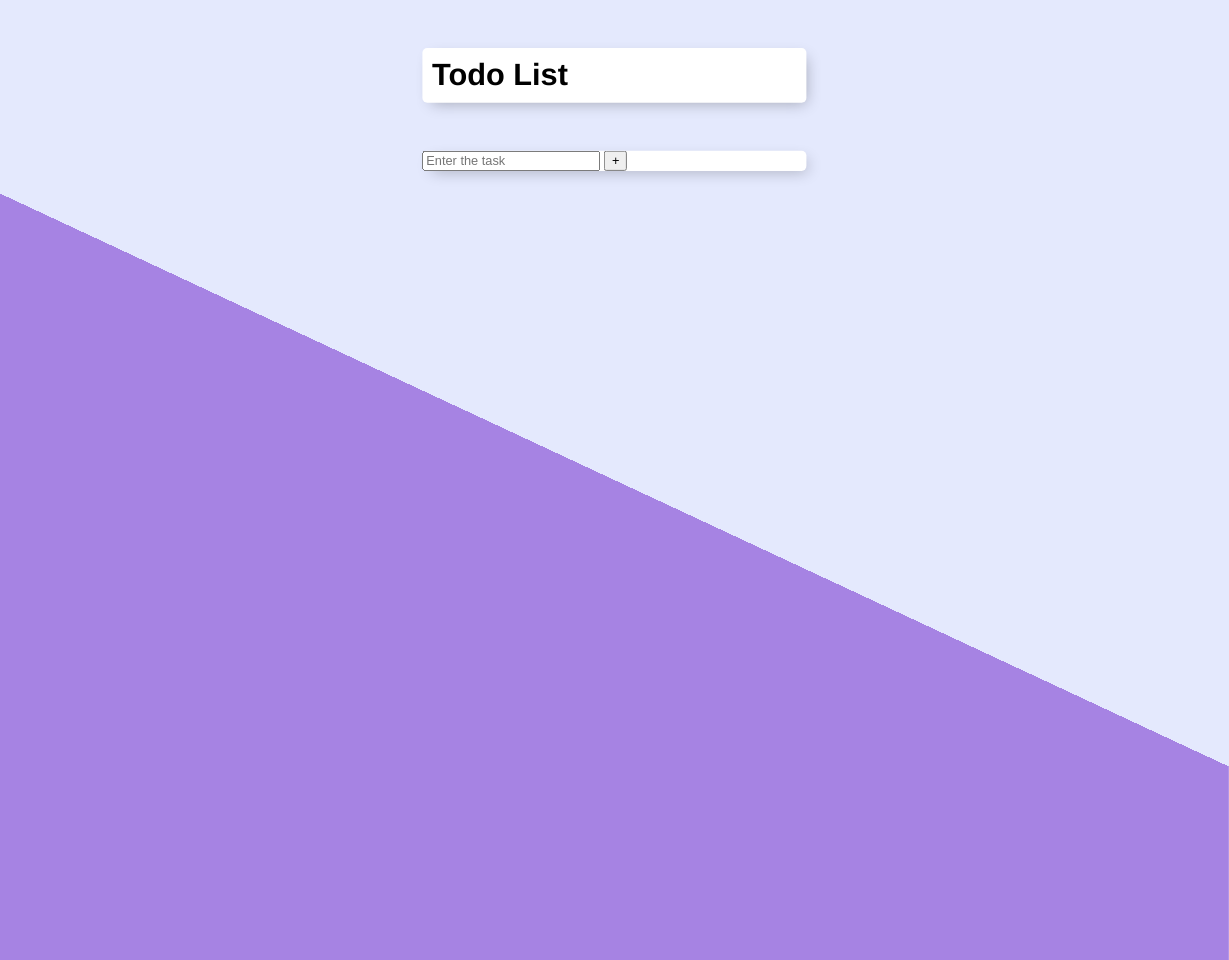
Repository: rupeshkofficial/Todo-List-Ver2
Page: http://localhost/
These files come from the project's save history. The page is drawn as it stood at one moment and after a run of saves; the edit follows.
The browser window is 1280 px wide. The pictures show the whole page, at 96% of full size.
The page is served by the project's Node server (app.js).

Above is the page before, as saved 2023-02-23 16:17:15.

### views/list.ejs
<!DOCTYPE html>
<html>

<head>
    <title> Todo List</title>
    <link rel="stylesheet" href="css/style.css">
</head>

<body>
    <div class="box">
        <h1>Todo List</h1>
    </div>
    <div class="box">

        <% for( var i=0; i < ejes.length; i++){ %>
            <div class="item">
                <input type="checkbox">
                <p>
                    <%= ejes[i] %>
                </p>
            </div>


            <% } %>

                <form action="/" , method="POST">
                    <input type="text" name="ele1" placeholder="Enter the task">
                    <button type="submit">+</button>

                </form>
    </div>
</body>

</html>

### app.js
const express = require("express");
const bodyParser = require("body-parser");

var app = express();
app.set("view engine", "ejs");
app.use(express.static('public'));
app.use(express.urlencoded({ extended: true }));
var items = [];

var example = "working";
app.get("/", function (req, res) {
    res.render("list", { ejes: items });
});

app.post("/", function (req, res) {
    var item  = req.body.ele1;
    items.push(item);
    res.redirect("/");

    // console.log(req.body.ele1);
});

app.listen(8000, function () {
    console.log("Server started");
});

### public/css/style.css
html{
    background-color: #E4E9FD;
    background-image: -webkit-linear-gradient(65deg, #A683E3 50%, #E4E9FD 50%);
    min-height: 1000px;
    font-family: 'helvetica neue';
}

h1{
    color: #000;
    padding: 10px;
}

.box{
    max-width: 400px;
    margin: 50px auto;
    background: white;
    border-radius: 5px;
    box-shadow: 5px 5px 15px -5px rgba(0,0,0,0.3);
}

#heading{
    background-color: #A683E3;
    text-align: center;
}

.item{
    min-height: 70px;
    display: flex;
    align-items: center;
    border-bottom: 1px solid #F1F1F1;
}

.item:last-child{
    border-bottom:0;
}

input:checked+p{
    text-decoration: line-through;
    text-decoration-color: #A683E3;
}

input[type="checkbox"]{
    margin: 20px;
}

p{
    margin:0;
    padding: 20px;
    font-size: 20px;
    font-weight: 200;
    color:#00204a;

}

After the next 11 saves:
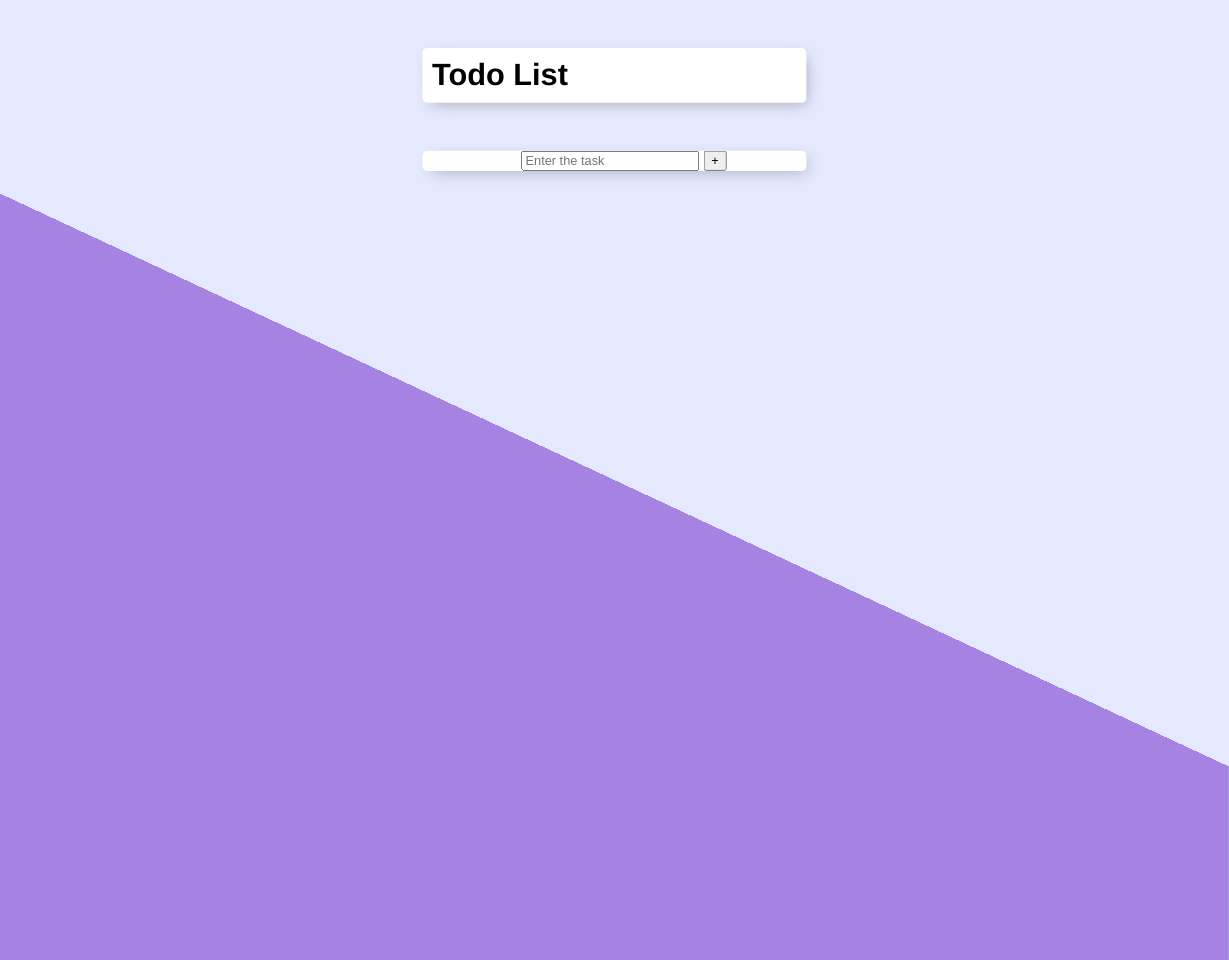
The 11 saves are shown as one change because they came seconds apart.
The last was saved 26 s later.
--- a/public/css/style.css
+++ b/public/css/style.css
@@ -51,3 +51,8 @@ p{
     color:#00204a;
 
 }
+
+form{
+    text-align: center;
+    margin-left: 20px;
+}
